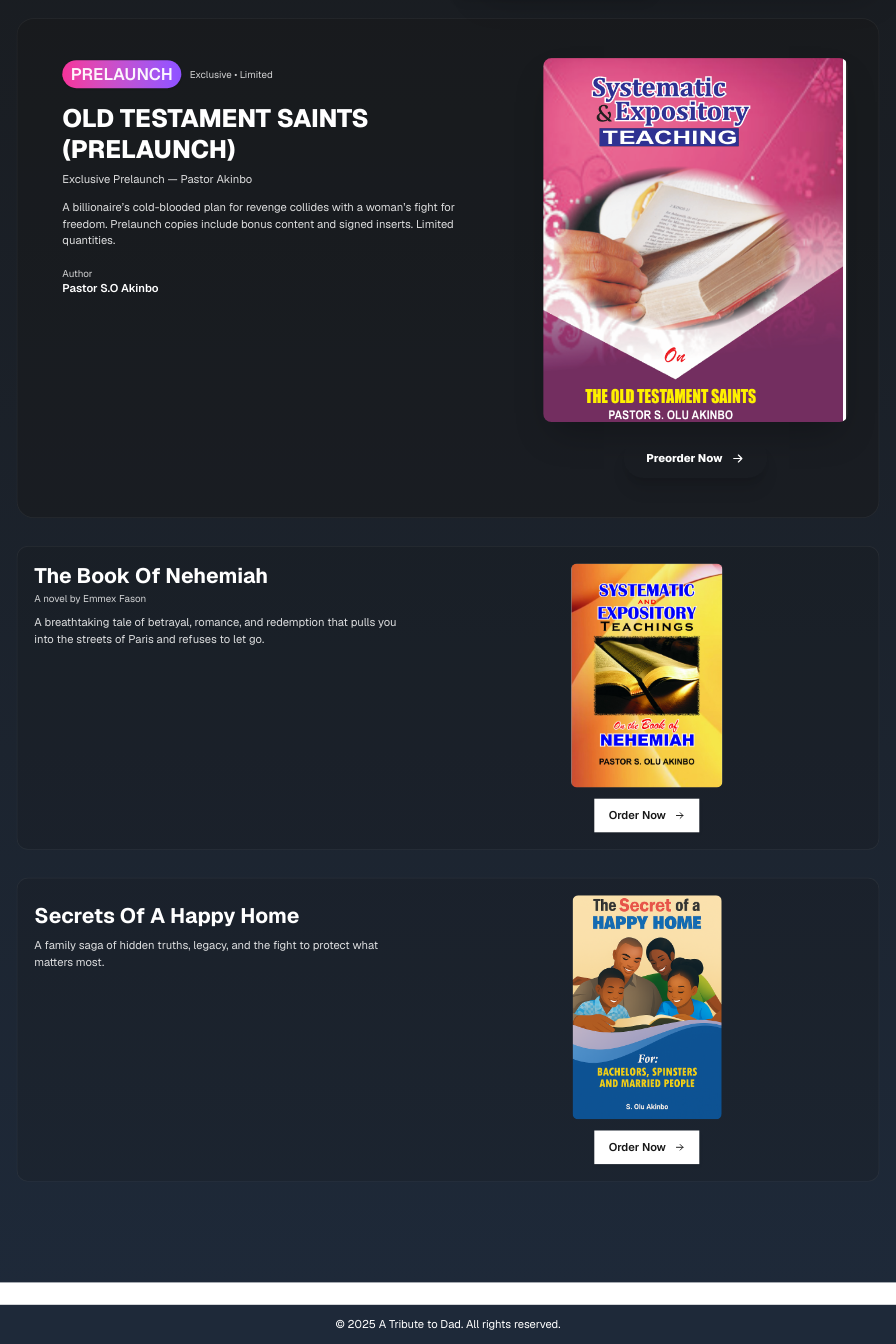
Repository: EmmyDunny1/pastor-oluwole-akinbo
Page: /Books
These files come from the project's save history. The page is drawn as it stood at one moment and after the next save; the edit follows.
The browser window is 1280 px wide. The pictures show the part of the page from y = 980 to 2900 px (the page is 2900 px tall), at 70% of full size.
The project was rebuilt for these pictures with package versions that can differ from the ones it lists, and the page was loaded fresh each time. The framework's server and built-in components were replaced by stand-ins that run in the browser. Also part of the build but not shown: next.config.ts, components/BooksCarousel.Module.css.

Above is the page before, as saved 2025-08-13 11:58:10.

### app/layout.tsx
import type { Metadata } from "next";
import { Geist, Geist_Mono } from "next/font/google";
import "./globals.css";
import Header from "../components/Header";
import Footer from "../components/Footer";


const geistSans = Geist({
  variable: "--font-geist-sans",
  subsets: ["latin"],
});

const geistMono = Geist_Mono({
  variable: "--font-geist-mono",
  subsets: ["latin"],
});

export const metadata: Metadata = {
  title: "Pastor Oluwole Akinbo",
  description: "It's a website for Pastor Oluwole Akinbo ",
};

export default function RootLayout({
  children,
}: Readonly<{
  children: React.ReactNode;
}>) {
  return (
    <html lang="en">
      <body
        className={`${geistSans.variable} ${geistMono.variable} antialiased`}
      >
        <Header />
        {children}

        <Footer />
      </body>
    </html>
  );
}

### app/Books/page.tsx
import React from 'react'
import BooksCarousel from '@/components/BooksCarousel'


export default function BooksPage() {
  return (
    <div>
      <BooksCarousel />

    </div>
  )
}

### app/globals.css
@import "tailwindcss";

:root {
  --background: #ffffff;
  --foreground: #171717;
}

@theme inline {
  --color-background: var(--background);
  --color-foreground: var(--foreground);
  --font-sans: var(--font-geist-sans);
  --font-mono: var(--font-geist-mono);
}

@media (prefers-color-scheme: dark) {
  :root {
    --background: #0a0a0a;
    --foreground: #ededed;
  }
}

body {
  background: var(--background);
  color: var(--foreground);
  font-family: Arial, Helvetica, sans-serif;
}

body {
  @apply bg-white text-[#171717] dark:bg-gray-900 dark:text-white font-sans;
}

### components/Header.tsx
"use client";

import Link from "next/link";
import { usePathname } from "next/navigation";
import { useState, useEffect } from "react";
import { BiMenuAltRight, BiX, BiSun, BiMoon } from "react-icons/bi";
import { motion, AnimatePresence } from "framer-motion";

const navLinks = [
  { href: "/", label: "Home" },
  { href: "/Biography", label: "Biography" },
  { href: "/SubmitTestimony", label: "Submit Testimony" },
  { href: "/Books", label: "Books" },
  { href: "/Gift", label: "Gift" },
];

export default function Header() {
  const pathname = usePathname();
  const [isOpen, setIsOpen] = useState(false);
  const [isDarkMode, setIsDarkMode] = useState(false);

  useEffect(() => {
    if (typeof window !== "undefined") {
      const darkPref = localStorage.getItem("theme") === "dark";
      setIsDarkMode(darkPref);
      document.documentElement.classList.toggle("dark", darkPref);
    }
  }, []);

  const toggleMenu = () => setIsOpen(!isOpen);

  const toggleDarkMode = () => {
    const newMode = !isDarkMode;
    setIsDarkMode(newMode);
    localStorage.setItem("theme", newMode ? "dark" : "light");
    document.documentElement.classList.toggle("dark", newMode);
  };

  return (
    <header className="bg-white dark:bg-gray-800 text-[#171717] dark:text-white shadow-md sticky top-0 z-50 transition-all duration-300">
      <div className="max-w-7xl mx-auto flex items-center justify-between px-4 py-4">
        <Link href="/">
          <h1 className="text-2xl font-bold">Dad&apos;s Retirement</h1>
        </Link>

        {/* Desktop Nav */}
        <nav className="hidden md:flex gap-6 text-md  items-center font-medium">
          {navLinks.map(({ href, label }) => (
            <Link
              key={href}
              href={href}
              className={`${
                pathname === href
                  ? "text-gray-600 border-b-2 decoration-0  border-gray-600"
                  : "hover:text-white transition"
              } ${
                label === "Gift"
                  ? "bg-gray-100 text-gray-950 px-4 py-2 rounded-md hover:bg-gray-500  transition"
                  : ""
              }`}
            >
              {label}
            </Link>
          ))}
          <button
            onClick={toggleDarkMode}
            className="ml-4 text-xl hover:text-blue-600 transition"
            aria-label="Toggle dark mode"
          >
            {isDarkMode ? <BiSun /> : <BiMoon />}
          </button>
        </nav>

        {/* Mobile Toggle */}
        <div className="md:hidden flex items-center gap-4">
          <button
            onClick={toggleDarkMode}
            className="text-2xl hover:text-blue-600 transition"
            aria-label="Toggle dark mode"
          >
            {isDarkMode ? <BiSun /> : <BiMoon />}
          </button>
          <div className="text-3xl cursor-pointer" onClick={toggleMenu}>
            {isOpen ? <BiX /> : <BiMenuAltRight />}
          </div>
        </div>
      </div>

      {/* Mobile Nav */}
      <AnimatePresence>
        {isOpen && (
          <motion.nav
            initial={{ opacity: 0, y: -20 }}
            animate={{ opacity: 1, y: 0 }}
            exit={{ opacity: 0, y: -20 }}
            transition={{ duration: 0.3 }}
            className="md:hidden bg-white min-h-screen dark:bg-gray-800 border-t border-gray-200 dark:border-gray-700 px-4 py-4 space-y-4 text-base font-medium text-left"
          >
            {navLinks.map(({ href, label }) => (
              <Link
                key={href}
                href={href}
                onClick={() => setIsOpen(false)}
                className={`block w-full ${
                  pathname === href
                    ? " text-gray-400 font-semibold"
                    : "hover:text-gray-400 transition"
                } ${
                  label === "Gift"
                    ? "bg-gray-800 text-gray-100 px-4 py-2 rounded-md hover:bg-gray-100  border-1 border-white transition"
                    : ""
                }`}
              >
                {label}
              </Link>
            ))}
          </motion.nav>
        )}
      </AnimatePresence>
    </header>
  );
}

### components/Footer.tsx
import React from 'react'


export default function Footer() {
  return (
    <footer className="bg-gray-800 text-white text-center p-4 mt-8">
      <p>&copy; {new Date().getFullYear()} A Tribute to Dad. All rights reserved.</p>
    </footer>
  )
}

### components/BooksCarousel.tsx
"use client";

import React from "react";
import { useEffect, useRef, useState } from "react";
import Image from "next/image";
import styles from "./BooksCarousel.module.css";

type Book = {
  id: number;
  title: string;
  subtitle?: string;
  description: string;
  cover: string;
  link: string;
  prelaunch?: boolean;
};

const BOOKS: Book[] = [
  {
    id: 1,
    title: "The Book Of Nehemiah",
    subtitle: "A novel by Emmex Fason",
    description:
      "A breathtaking tale of betrayal, romance, and redemption that pulls you into the streets of Paris and refuses to let go.",
    cover: "/books/Book_Of_Neh.png",
    link: "https://selar.co/m/samuel-oluwole1458878?currency=NGN",
  },
  {
    id: 2,
    title: "Secrets Of A Happy Home",
    subtitle: "",
    description:
      "A family saga of hidden truths, legacy, and the fight to protect what matters most.",
    cover: "/books/Secrets_Of__HM.png",
    link: "/PreOrderPayment",
  },
  {
    id: 99,
    title: "OLD TESTAMENT SAINTS (PRELAUNCH)",
    subtitle: "Exclusive Prelaunch — Pastor Akinbo ",
    description:
      "A billionaire’s cold-blooded plan for revenge collides with a woman’s fight for freedom. Prelaunch copies include bonus content and signed inserts. Limited quantities.",
    cover: "/books/Old_Test_Saints.png",
    link: "/PreOrderPayment",
    prelaunch: true,
  },
];

function FallbackImage({
  src,
  alt,
  className,
  width,
  height,
}: {
  src: string;
  alt: string;
  className?: string;
  width?: number;
  height?: number;
}) {
  const placeholder = "/placeholder.jpg";
  const [imgSrc, setImgSrc] = useState(src);
  return (
    <Image
      src={imgSrc}
      alt={alt}
      width={width ?? 600}
      height={height ?? 900}
      className={className}
      onError={() => setImgSrc(placeholder)}
    />
  );
}

export default function BooksPage(): React.ReactNode {
  const carouselRef = useRef<HTMLDivElement>(null);

  useEffect(() => {
    const el = carouselRef.current;
    if (!el) return;

    let scrollAmount = 0;
    const step = 1;
    const max = el.scrollWidth - el.clientWidth;
    const interval = window.setInterval(() => {
      if (!carouselRef.current) return;
      scrollAmount += step;
      if (scrollAmount >= max) {
        carouselRef.current.scrollTo({ left: 0, behavior: "smooth" });
        scrollAmount = 0;
      } else {
        carouselRef.current.scrollLeft = scrollAmount;
      }
    }, 20);

    return () => clearInterval(interval);
  }, []);

  const prelaunch = BOOKS.find((b) => b.prelaunch);
  const nonPre = BOOKS.filter((b) => !b.prelaunch);

  return (
    <main className="min-h-screen bg-gradient-to-b from-[#171717] to-gray-800 text-white">
      <div className="max-w-7xl mx-auto px-6 py-20">
        <section className="grid grid-cols-1 lg:grid-cols-2 gap-8 items-center mb-12">
          <div className="lg:mb-[20rem] relative z-10">
            <h1 className="text-4xl md:text-5xl font-extrabold leading-tight mb-4">
              My Books
            </h1>
            <p className="text-lg text-white/90 max-w-xl">
              Welcome — a curated collection of stories that explore love, power,
              and sacrifice. Scroll down to see the catalog and secure the
              exclusive prelaunch edition.
            </p>
            <div className="mt-6 flex items-center gap-4">
              <div className="w-14 h-14 rounded-full overflow-hidden ring-2 ring-white/10 shadow">
                <FallbackImage
                  src="/others/Hero.jpg"
                  alt="Author - Pastor Akinbo"
                  width={56}
                  height={56}
                  className="object-cover"
                />
              </div>
              <div>
                <div className="font-semibold">Pastor Akinbo</div>
                <div className="text-sm text-white/80">Author</div>
              </div>
            </div>
          </div>
          <div className="flex justify-end">
            <div className="relative w-full max-w-md lg:max-w-xl transform transition-all duration-500 hover:-translate-y-3">
              <div className="rounded-2xl overflow-hidden shadow-2xl ring-1 ring-white/5">
                <FallbackImage
                  src="/others/BooksImage.jpg"
                  alt="Pst Akinbo"
                  width={640}
                  height={640}
                  className="object-cover w-full h-full"
                />
              </div>
              <div className="absolute -left-8 -bottom-10 hidden lg:block">
                <div className="bg-[#171717]/70 backdrop-blur-md border border-white/6 rounded-2xl p-4 w-72 shadow-lg -translate-y-6">
                  <div className="text-sm text-pink/90 font-semibold">New Release</div>
                  <div className="mt-1 text-lg font-bold">Old Testament Saints</div>
                  <div className="mt-2 text-sm text-white/80">
                    Prelaunch — limited signed copies. Be first in line.
                  </div>
                </div>
              </div>
            </div>
          </div>
        </section>
        {prelaunch && (
          <section className="mb-10">
            <article
              className="relative overflow-visible flex flex-col lg:flex-row items-stretch gap-6 p-8 rounded-3xl border border-white/6 bg-[#171717]/40 hover:translate-y-[-6px] transition-transform duration-500"
              aria-labelledby={`pre-${prelaunch.id}`}
            >
              <div
                className="absolute inset-0 rounded-3xl pointer-events-none -z-10"
                aria-hidden
                style={{
                  background:
                    "linear-gradient(90deg, rgba(255,90,255,0.06), rgba(120,60,255,0.04), rgba(255,106,0,0.04))",
                }}
              />
              <div className="w-full lg:mb-[16rem] lg:w-2/3 z-10 px-3 lg:px-8 py-4 flex flex-col justify-center">
                <div className="inline-flex items-center gap-3 mb-3">
                  <span className="px-3 py-1 rounded-full text-2xl font-semibold text-white/95 bg-gradient-to-r from-pink-500 to-violet-500 shadow-sm">
                    PRELAUNCH
                  </span>
                  <span className="text-sm text-white/80">Exclusive • Limited</span>
                </div>
                <h2 id={`pre-${prelaunch.id}`} className="mt-2 text-3xl lg:text-4xl font-extrabold leading-tight">
                  {prelaunch.title}
                </h2>
                {prelaunch.subtitle && (
                  <div className="mt-2 text-md text-white/85">{prelaunch.subtitle}</div>
                )}
                <p className="mt-4 text-white/85 max-w-xl">
                  {prelaunch.description}
                </p>
                <div className="mt-6">
                  <div className="text-sm text-white/80">Author</div>
                  <div className="font-semibold">Pastor S.O Akinbo</div>
                </div>
              </div>
              <div className="w-full lg:w-[45%] z-10 flex flex-col items-center justify-center px-3 py-6">
                <div className="w-full overflow-visible">
                  <div className="relative w-full rounded-xl transform transition duration-700 hover:scale-[1.04] hover:rotate-[-2deg] hover:translate-y-[-6px]">
                    <FallbackImage
                      src={prelaunch.cover}
                      alt={prelaunch.title}
                      width={520}
                      height={760}
                      className="object-cover w-full h-[520px] rounded-xl shadow-2xl"
                    />
                    <div className={`${styles.neonHalo} absolute -inset-2 rounded-xl -z-10`} />
                  </div>
                </div>
                <a
                  href={prelaunch.link}
                  className={`${styles.preorderNeon} mt-6 relative inline-flex items-center gap-3 px-8 py-4 rounded-full font-extrabold text-white shadow-xl transition-all duration-300`}
                >
                  <span className="relative z-10">Preorder Now</span>
                  <svg className="w-5 h-5 relative z-10" viewBox="0 0 24 24" fill="none" aria-hidden>
                    <path d="M5 12h14M13 6l6 6-6 6" stroke="white" strokeWidth="2" strokeLinecap="round" strokeLinejoin="round" />
                  </svg>
                </a>
              </div>
            </article>
          </section>
        )}
        <section className="space-y-10 mb-16">
          {nonPre.map((book) => (
            <article
              key={book.id}
              className="group relative flex flex-col lg:flex-row items-center gap-6 p-6 rounded-2xl border border-white/6 bg-[#171717]/20 hover:-translate-y-2 transition-transform duration-400"
            >
              <div className="w-full lg:mb-[15rem]  lg:w-2/3 text-left z-10">
                <h3 className="text-2xl lg:text-3xl font-bold">{book.title}</h3>
                {book.subtitle && <div className="mt-1 text-sm text-white/80">{book.subtitle}</div>}
                <p className="mt-3 text-white/85 max-w-xl">{book.description}</p>
                <div className="mt-6 text-sm text-white/80">

                </div>
              </div>
              <div className="w-full lg:w-[75%] flex flex-col items-center">
                <div className="overflow-hidden  transform transition duration-500 group-hover:scale-105">
                  <FallbackImage
                    src={book.cover}
                    alt={book.title}
                    width={420}
                    height={600}
                    className="object-cover w-full h-80 rounded-lg"
                  />
                </div>
                <a
                  href={book.link}
                  className="mt-4 inline-flex items-center gap-3 bg-white text-[#171717] font-semibold px-5 py-3 shadow-md hover:shadow-lg transition-all duration-300 group"
                >
                  Order Now
                  <svg className="w-4 h-4 transition-transform duration-300 group-hover:translate-x-2" viewBox="0 0 24 24" fill="none" aria-hidden>
                    <path d="M5 12h14M13 6l6 6-6 6" stroke="#171717" strokeWidth="2" strokeLinecap="round" strokeLinejoin="round" />
                  </svg>
                </a>
              </div>
            </article>
          ))}
        </section>
        {/* <section aria-label="Other books carousel" className="mb-12">
          <h3 className="text-2xl font-bold mb-6">More by the author</h3>
          <div ref={carouselRef} className="relative w-full overflow-hidden">
            <div className="flex gap-6 w-max py-4 px-2">
              {BOOKS.map((b) => (
                <div key={`card-${b.id}`} className="min-w-[260px] flex-shrink-0 bg-[#171717]/60 rounded-2xl p-4 shadow-lg">
                  <div className="rounded-lg overflow-hidden mb-3">
                    <FallbackImage
                      src={b.cover}
                      alt={b.title}
                      width={260}
                      height={360}
                      className="w-full h-40 object-cover"
                    />
                  </div>
                  <div>
                    <div className="font-semibold text-lg">{b.title}</div>
                    <div className="text-sm text-white/80 mt-1">{b.subtitle ?? "By Emmex Fason"}</div>
                    <a
                      href={b.link}
                      className="mt-3 inline-flex items-center gap-2 bg-white text-[#171717] px-3 py-2 rounded-full text-sm font-semibold hover:scale-105 transition-transform"
                    >
                      View
                      <svg className="w-3 h-3" viewBox="0 0 24 24" fill="none" aria-hidden>
                        <path d="M5 12h14M13 6l6 6-6 6" stroke="#171717" strokeWidth="2" strokeLinecap="round" strokeLinejoin="round" />
                      </svg>
                    </a>
                  </div>
                </div>
              ))}
            </div>
            <div className="absolute top-1/2 left-2 -translate-y-1/2">
              <button
                onClick={() => {
                  const el = carouselRef.current;
                  if (!el) return;
                  el.scrollBy({ left: -260, behavior: "smooth" });
                }}
                className="bg-white/8 hover:bg-white/12 p-2 rounded-full"
                aria-label="Scroll left"
              >
                ◀
              </button>
            </div>
            <div className="absolute top-1/2 right-2 -translate-y-1/2">
              <button
                onClick={() => {
                  const el = carouselRef.current;
                  if (!el) return;
                  el.scrollBy({ left: 260, behavior: "smooth" });
                }}
                className="bg-white/8 hover:bg-white/12 p-2 rounded-full"
                aria-label="Scroll right"
              >
                ▶
              </button>
            </div>
          </div>
        </section> */}
      </div>
    </main>
  );
}

After the next save:
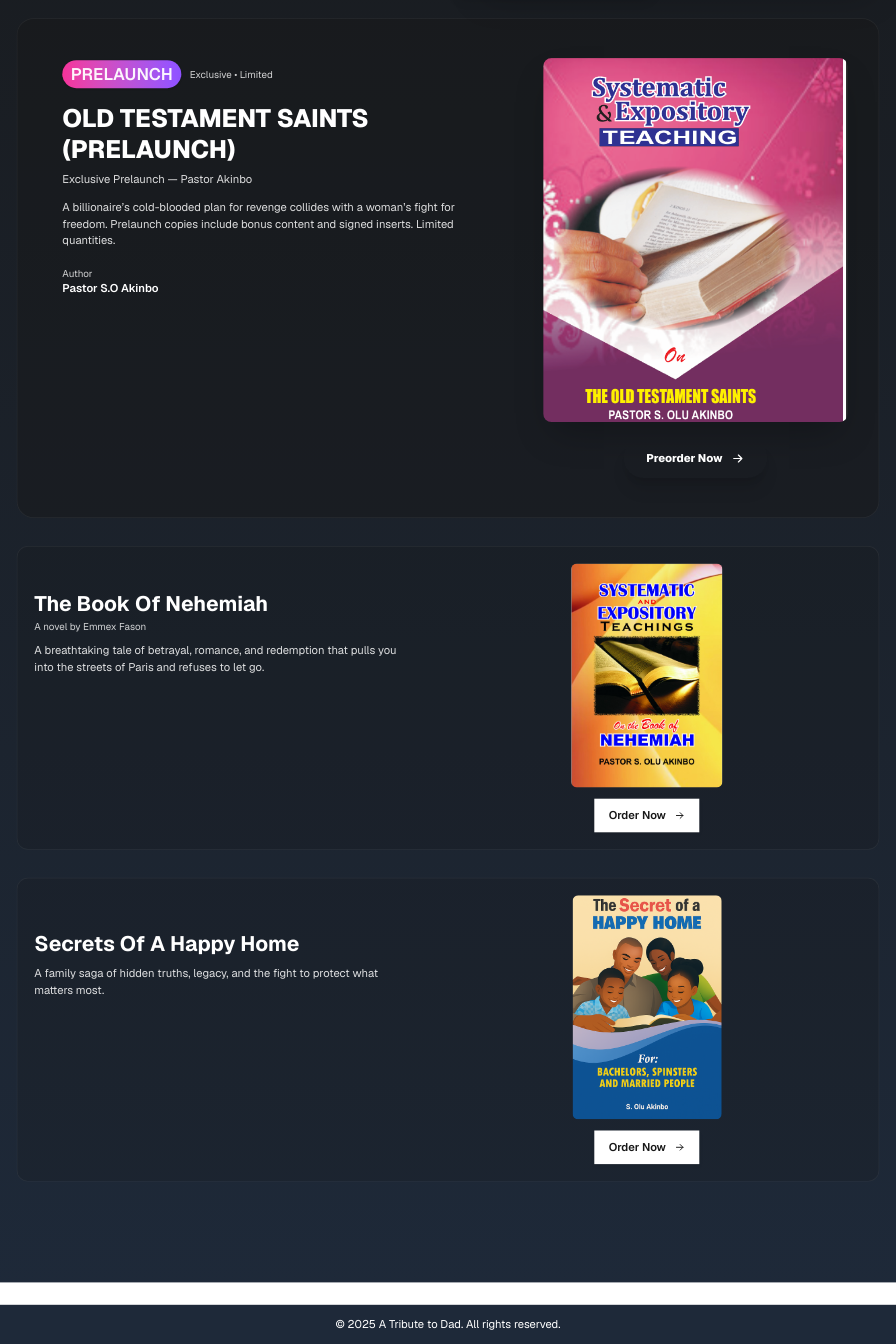
Saved 16 s later.
--- a/components/BooksCarousel.tsx
+++ b/components/BooksCarousel.tsx
@@ -219,7 +219,7 @@ export default function BooksPage(): React.ReactNode {
               key={book.id}
               className="group relative flex flex-col lg:flex-row items-center gap-6 p-6 rounded-2xl border border-white/6 bg-[#171717]/20 hover:-translate-y-2 transition-transform duration-400"
             >
-              <div className="w-full lg:mb-[15rem]  lg:w-2/3 text-left z-10">
+              <div className="w-full lg:mb-[10rem]  lg:w-2/3 text-left z-10">
                 <h3 className="text-2xl lg:text-3xl font-bold">{book.title}</h3>
                 {book.subtitle && <div className="mt-1 text-sm text-white/80">{book.subtitle}</div>}
                 <p className="mt-3 text-white/85 max-w-xl">{book.description}</p>
